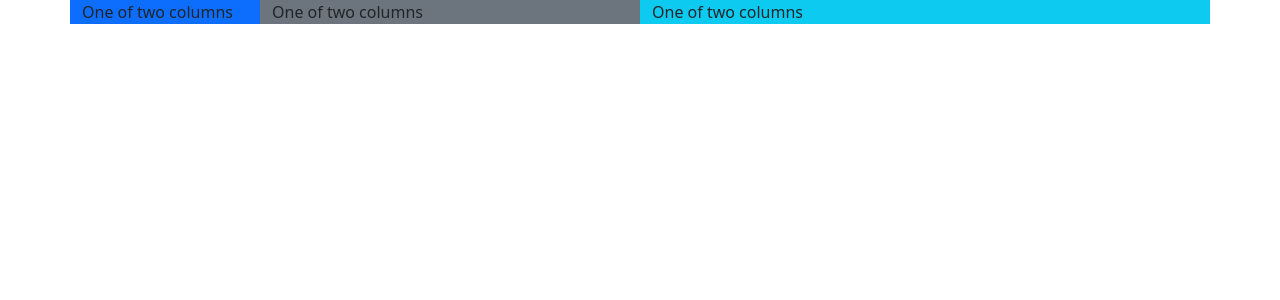
Repository: MintuKrishnan/subrahmanyam-batch
Page: front-end/bootstrap/index.html
These files come from the project's save history. The page is drawn as it stood at one moment and after the next save; the edit follows.
The browser window is 1280 px wide. The pictures show the whole page.

Above is the page before, as saved 2021-03-09 10:18:49.

### front-end/bootstrap/index.html
<!DOCTYPE html>
<html lang="en">
  <head>
    <!-- Required meta tags -->
    <meta charset="utf-8" />
    <meta name="viewport" content="width=device-width, initial-scale=1" />

    <!-- Bootstrap CSS -->
    <link
      href="https://cdn.jsdelivr.net/npm/bootstrap@5.0.0-beta2/dist/css/bootstrap.min.css"
      rel="stylesheet"
      integrity="sha384-BmbxuPwQa2lc/FVzBcNJ7UAyJxM6wuqIj61tLrc4wSX0szH/Ev+nYRRuWlolflfl"
      crossorigin="anonymous"
    />

    <title>Hello, world!</title>
  </head>
  <body>
    <div class="container">
      <div class="row justify-content-start">
        <div class="col-2 bg-primary">One of two columns</div>
        <div class="col-4 bg-secondary">One of two columns</div>
        <div class="col-6 bg-info">One of two columns</div>
      </div>
    </div>

    <!-- Optional JavaScript; choose one of the two! -->

    <!-- Option 1: Bootstrap Bundle with Popper -->
    <script
      src="https://cdn.jsdelivr.net/npm/bootstrap@5.0.0-beta2/dist/js/bootstrap.bundle.min.js"
      integrity="sha384-b5kHyXgcpbZJO/tY9Ul7kGkf1S0CWuKcCD38l8YkeH8z8QjE0GmW1gYU5S9FOnJ0"
      crossorigin="anonymous"
    ></script>

    <!-- Option 2: Separate Popper and Bootstrap JS -->
    <!--
    <script src="https://cdn.jsdelivr.net/npm/@popperjs/core@2.6.0/dist/umd/popper.min.js" integrity="sha384-KsvD1yqQ1/1+IA7gi3P0tyJcT3vR+NdBTt13hSJ2lnve8agRGXTTyNaBYmCR/Nwi" crossorigin="anonymous"></script>
    <script src="https://cdn.jsdelivr.net/npm/bootstrap@5.0.0-beta2/dist/js/bootstrap.min.js" integrity="sha384-nsg8ua9HAw1y0W1btsyWgBklPnCUAFLuTMS2G72MMONqmOymq585AcH49TLBQObG" crossorigin="anonymous"></script>
    -->
  </body>
</html>

After the next save:
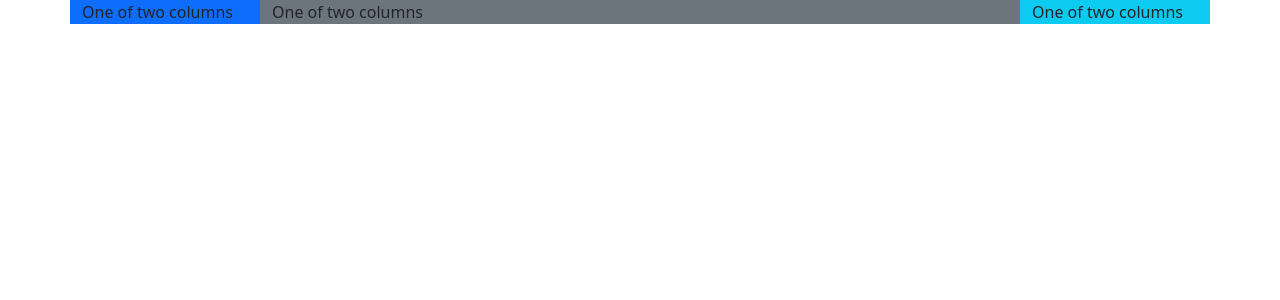
Saved 32 s later.
--- a/front-end/bootstrap/index.html
+++ b/front-end/bootstrap/index.html
@@ -19,8 +19,8 @@
     <div class="container">
       <div class="row justify-content-start">
         <div class="col-2 bg-primary">One of two columns</div>
-        <div class="col-4 bg-secondary">One of two columns</div>
-        <div class="col-6 bg-info">One of two columns</div>
+        <div class="col-8 bg-secondary">One of two columns</div>
+        <div class="col-2 bg-info">One of two columns</div>
       </div>
     </div>
 
